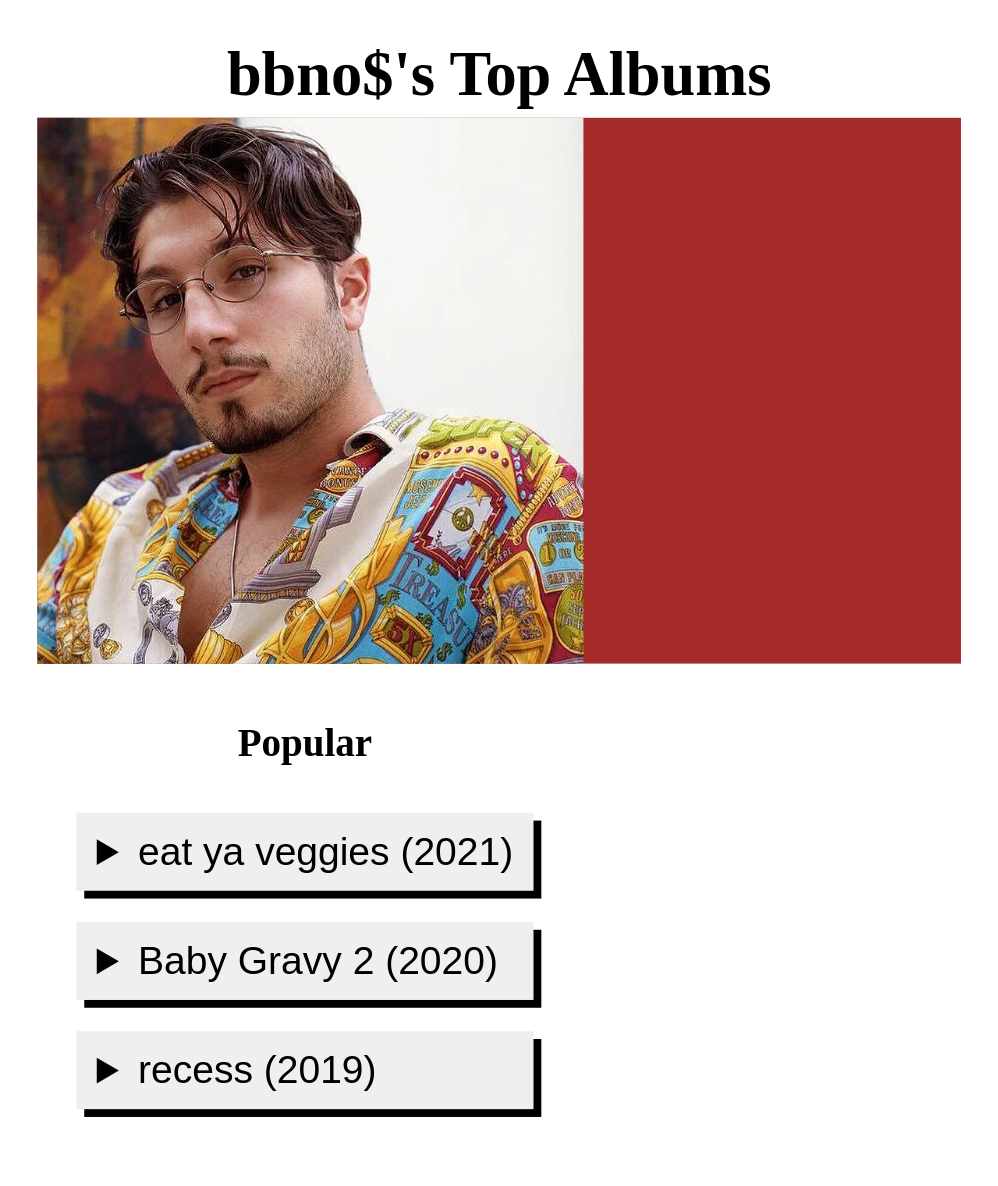
Repository: Jennica1/Lab1
Page: /
An editor plug-in stored every save of this project. The page is shown before and after the next save, followed by the edit.
The browser window is 1280 px wide. The pictures show the whole page, at 78% of full size.
The project was rebuilt for these pictures with package versions that can differ from the ones it lists, and the page was loaded fresh each time. Also part of the build but not shown: vite.config.js.

Above is the page before, as saved 2024-09-09 20:03:41.

### index.html
<!doctype html>
<html lang="en">
  <head>
    <meta charset="UTF-8" />
    <link rel="icon" type="image/svg+xml" href="/vite.svg" />
    <meta name="viewport" content="width=device-width, initial-scale=1.0" />
    <title>Top bbno$ Albums</title>
  </head>
  <body>
    <div id="root"></div>
    <script type="module" src="/src/main.jsx"></script>
  </body>
</html>

### src/App.jsx
import { useState } from 'react'
import reactLogo from './assets/react.svg'
import viteLogo from '/bbno$icon.jpg'

import './App.css'

function App() {

  return (
    <>

      <body className='main'>
        <header className='header'>
          <h1 className='title'>bbno$'s Top Albums</h1>
        </header>
        <div className='split left'>
          <img src="/images/bbno$_profile.webp" alt='bbno$' />
        </div>
        <div className='split right'>
          <div className='albums'>
            <h2 className='subtitle'>Popular</h2>
            <button>
              <details>
                <summary>eat ya veggies (2021)</summary>
                <p>edamame (ft. Rich Brian)</p>
                <p>big boss baby</p>
                <p>2 time zones</p>
              </details>
            </button>
            <button>
              <details>
                <summary>Baby Gravy 2 (2020)</summary>
                <p>Welcome to Chillis</p>
                <p>Cadbury Creme</p>
                <p>Shining on my ex</p>
              </details>
            </button>
            <button>
              <details>
                <summary>recess (2019)</summary>
                <p>nursery</p>
                <p>bunk</p>
                <p>chess</p>
              </details>
            </button>
          </div>
        </div>
      </body>


    </>
  )
}

export default App

### src/index.css
summary {
    font-size: 50px;
    text-align: left;
    margin: 20px;
}

button {
    margin: 20px;
    border-style: none;
    box-shadow: 10px 10px;
}

p {
    font-size: 20px;
}

img {
    object-fit: fill;
}

### src/App.css
#root {
  margin: 0 auto;
  padding: 2rem;
}

.header {
  font-size: 40px;

}

.title {
  margin: 10px;
  display: flex;
  justify-content: center;
}

.subtitle {
  font-size: 50px;
  text-align: center;
}

.albums {
 margin: 30px;
 display: flex;
 flex-direction: column;

}

.split {
width: 100%;
display: flex;
flex-direction: row;
z-index: -1;
}

.left {
  left: 0;
  background-color: brown;
}

.right {
  right: 0;
  background-color: white;
}

Loaded but not shown: src/main.jsx (common file)

After the next save:
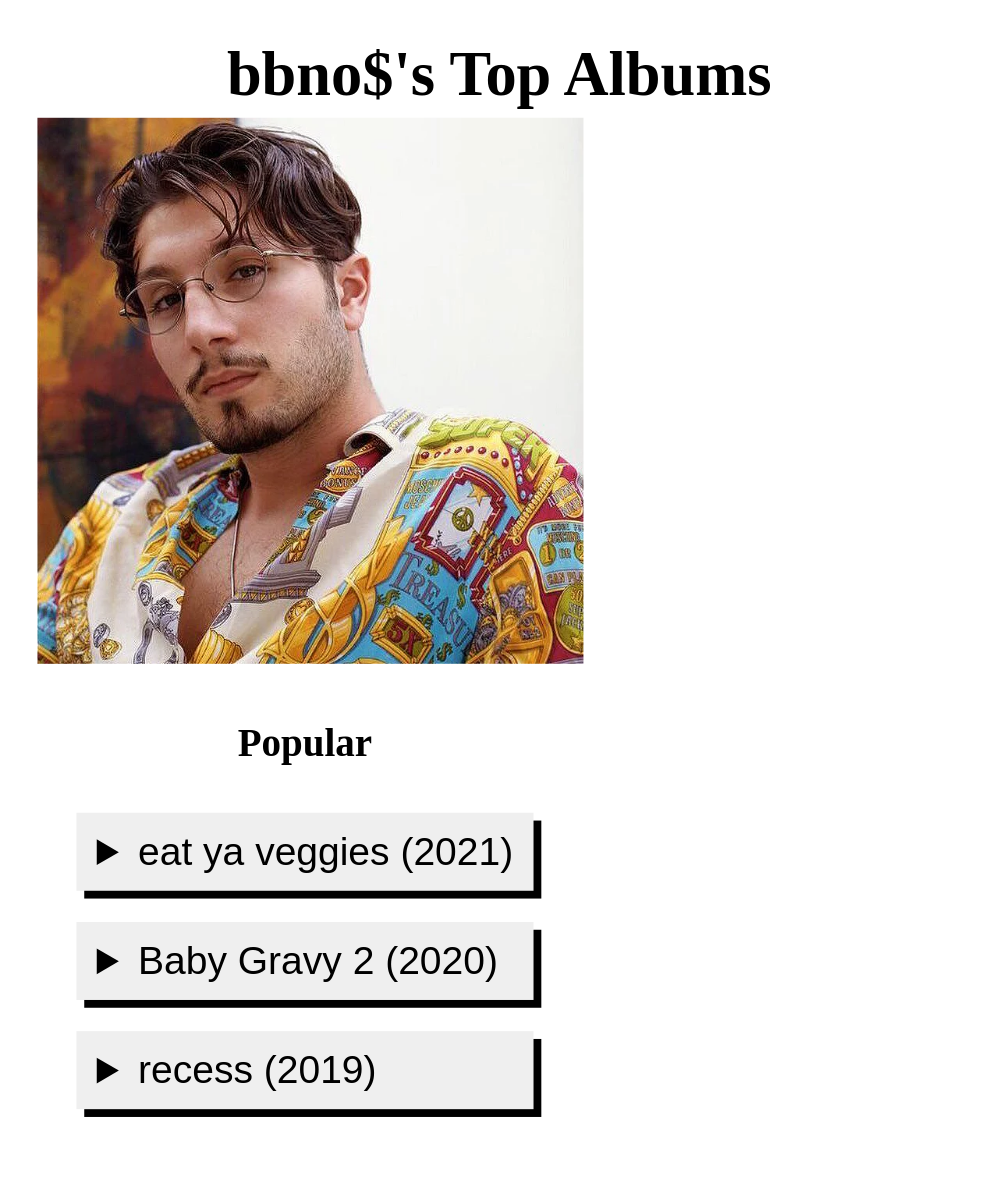
Saved 10 s later.
--- a/src/App.css
+++ b/src/App.css
@@ -34,8 +34,6 @@
 }
 
 .left {
-  left: 0;
-  background-color: brown;
 }
 
 .right {
